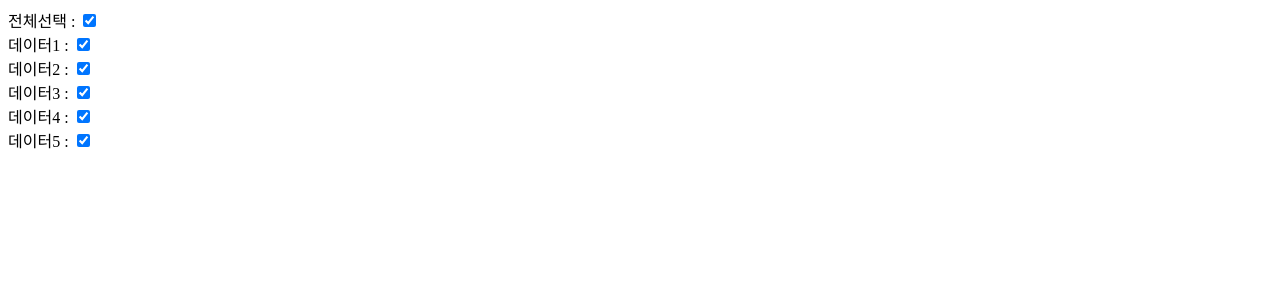
Repository: kimkeng/BackendClass
Page: example/src/main/webapp/js03.html
An editor plug-in stored every save of this project. The page is shown before and after the next save, followed by the edit.
The browser window is 1280 px wide. The pictures show the whole page.
After loading, the first visible `#all` was clicked once.

Above is the page before, as saved 2023-08-18 02:02:43.

### example/src/main/webapp/js03.html
<!DOCTYPE html>
<html>
<head>
<meta charset="UTF-8">
<title>자바스크립트 - 버블링 + 캡쳐링 함수 기초</title>
</head>
<body>
전체선택 : <input type="checkbox" id="all" onclick="abc(this.checked)"> <br>
데이터1 : <input type="checkbox" id="c1"> <br>
데이터2 : <input type="checkbox" id="c2"> <br>
데이터3 : <input type="checkbox" id="c3"> <br>
데이터4 : <input type="checkbox" id="c4"> <br>
데이터5 : <input type="checkbox" id="c5"> <br>
</body>
<script>
	function abc(e){
		if(e == true){
			var w = 1;
			while(w <= 5){
				document.getElementById("c"+w).checked = true;
				w++;
			}
		}else{
			var w= 1;
			while(w <= 5){
				document.getElementById("c"+w).checked = false;
				w++;
			}
		}
	}
</script>
</html>

After the next save:
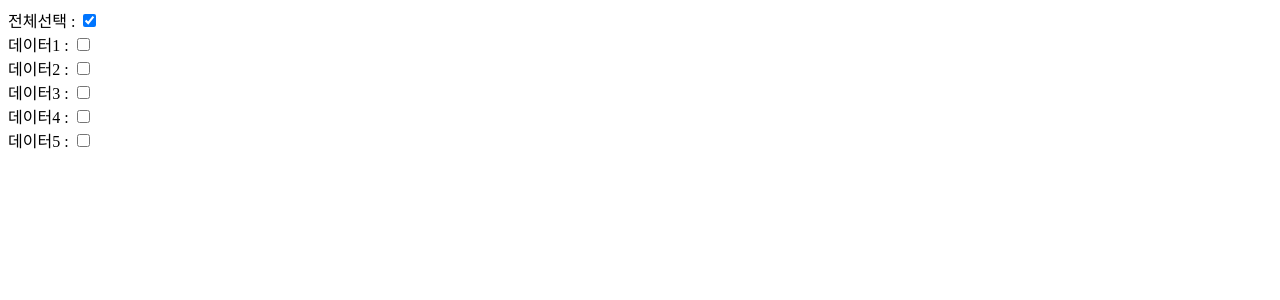
Console error: SyntaxError: Unexpected identifier '줄이기'
Saved 21 s later.
--- a/example/src/main/webapp/js03.html
+++ b/example/src/main/webapp/js03.html
@@ -14,6 +14,7 @@
 </body>
 <script>
 	function abc(e){
+		/*
 		if(e == true){
 			var w = 1;
 			while(w <= 5){
@@ -28,5 +29,7 @@
 			}
 		}
 	}
+	*/ 코드 줄이기
+
 </script>
 </html>

After the 5 saves that followed:
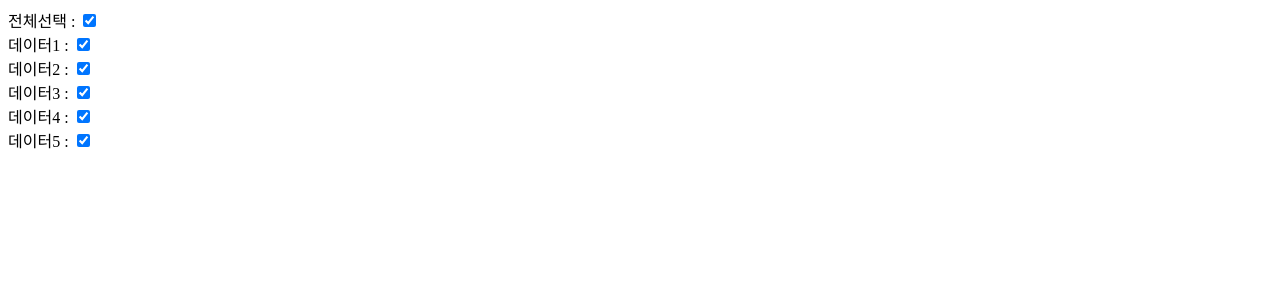
The error is gone.
The 5 saves are shown as one change because 4 left the picture as it was.
The last was saved 2 min 2 s later.
--- a/example/src/main/webapp/js03.html
+++ b/example/src/main/webapp/js03.html
@@ -14,22 +14,15 @@
 </body>
 <script>
 	function abc(e){
-		/*
-		if(e == true){
+
+
 			var w = 1;
 			while(w <= 5){
 				document.getElementById("c"+w).checked = true;
 				w++;
 			}
-		}else{
-			var w= 1;
-			while(w <= 5){
-				document.getElementById("c"+w).checked = false;
-				w++;
-			}
 		}
-	}
-	*/ 코드 줄이기
+
 
 </script>
 </html>
